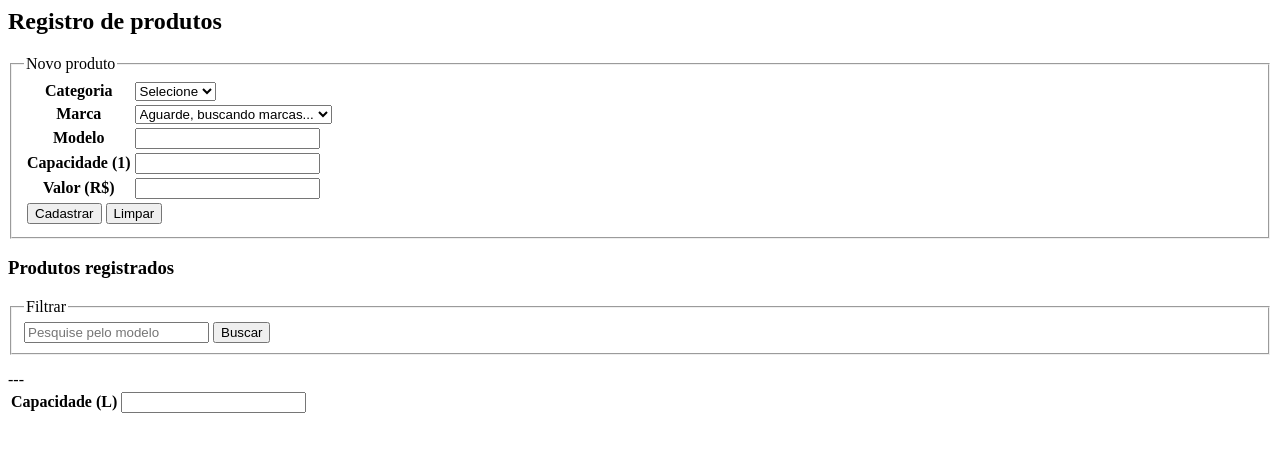
Repository: AndreiLGomes/faculdade
Page: ProjetoTrilhaWeb2/src/main/webapp/pages/admin/product/index.html
These files come from the project's save history. The page is drawn as it stood at one moment and after the next save; the edit follows.
The browser window is 1280 px wide. The pictures show the whole page.

Above is the page before, as saved 2024-11-13 23:18:58.
Console error: ReferenceError: COLDIGO is not defined

After the next save:
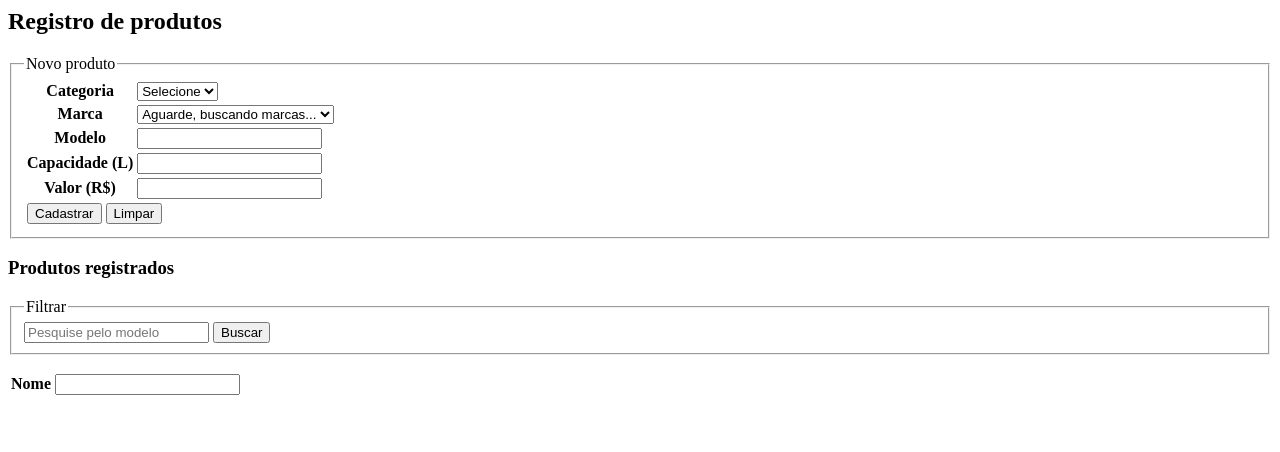
Saved 64 s later.
--- a/ProjetoTrilhaWeb2/src/main/webapp/pages/admin/product/index.html
+++ b/ProjetoTrilhaWeb2/src/main/webapp/pages/admin/product/index.html
@@ -1,79 +1,79 @@
+<script src="../../js/product.js"></script>
 
-<script src="../../js/product.js"></script>
 <h2>Registro de produtos</h2>
+
 <form name="frmAddProduto" id="addProduto" class="frmInserir">
-	<fieldset>
-		<legend>Novo produto</legend>
-		<table>
-			<tr>
-				<th>Categoria</th>
-				<td>
-					<select name="categoria">
-						<option value="">Selecione</option>
-						<option value="1">Geladeira</option>
-						<option value="2">Freezer</option>
-					</select>
-				</td>
-			</tr>
-			<tr>
-				<th>Marca</th>
-				<td>
-					<select name="marcaId" id="selMarca">
-						<option value="" class="buscando">Aguarde, buscando
-						marcas...</option>
-					</select>
-				</td>
-			</tr>
-
-			<tr>
-				<th>Modelo</th>
-				<td>
-					<input type="text" name="modelo">
-				</td>
-			</tr>
-			<tr>
-				<th>Capacidade (1)</th>
-				<td>
-					<input type="text" name="capacidade">
-				</td>
-			</tr>
-			<tr>
-				<th>Valor (R$)</th>
-				<td>
-					<input type="text" name="valor">
-				</td>
-			</tr>
-			<tr>
-				<td colspan="2">
-				<button type="button" onclick="COLDIGO.produto.cadastrar()">Cadastrar</button>
-				<button type="reset">Limpar</button>
-				</td>
-			</tr>
-		</table>
-	</fieldset>
+    <fieldset>
+        <legend>Novo produto</legend>
+        <table>
+            <tr>
+                <th>Categoria</th>
+                <td>
+                    <select name="categoria">
+                        <option value="">Selecione</option>
+                        <option value="1">Geladeira</option>
+                        <option value="2">Freezer</option>
+                    </select>
+                </td>
+            </tr>
+            <tr>
+                <th>Marca</th>
+                <td>
+                    <select name="marcaId" id="selMarca">
+                        <option value="" class="buscando">Aguarde, buscando marcas...</option>
+                    </select>
+                </td>
+            </tr>
+            <tr>
+                <th>Modelo</th>
+                <td>
+                    <input type="text" name="modelo">
+                </td>
+            </tr>
+            <tr>
+                <th>Capacidade (L)</th>
+                <td>
+                    <input type="text" name="capacidade">
+                </td>
+            </tr>
+            <tr>
+                <th>Valor (R$)</th>
+                <td>
+                    <input type="text" name="valor">
+                </td>
+            </tr>
+            <tr>
+                <td colspan="2">
+                    <button type="button" onclick="COLDIGO.produto.cadastrar()">Cadastrar</button>
+                    <button type="reset">Limpar</button>
+                </td>
+            </tr>
+        </table>
+    </fieldset>
 </form>
 
 <h3>Produtos registrados</h3>
+
 <form id="filtrarProduto" class="frmFiltrar">
-	<fieldset>
-		<legend>Filtrar</legend>
-		<input type="text" name="txtbusca" id="campoBuscaProduto" placeholder="Pesquise pelo modelo">
-		<button type="button" onclick="COLDIGO.produto.buscar()">Buscar</button>
-	</fieldset>
+    <fieldset>
+        <legend>Filtrar</legend>
+        <input type="text" name="txtbusca" id="campoBuscaProduto" placeholder="Pesquise pelo modelo">
+        <button type="button" onclick="COLDIGO.produto.buscar()">Buscar</button>
+    </fieldset>
 </form>
-<div id="listaProdutos" class="listaRegistros">
-</div>
----
+
+<div id="listaProdutos" class="listaRegistros"></div>
+
 <div id="modalEditaProduto" class="modalEditar">
     <form name="frmEditaProduto" id="editaProduto" class="frmEditar">
         <table>
-           <th>Capacidade (L)</th>
-    		<td>
-       			 <input type="text" name="capacidade">
-   			 </td>
             <tr>
-
-	</table>
-		<input type="hidden" name="idProduto">
-	</form>
+                <th>Nome</th>
+                <td>
+                    <input type="text" name="nome">
+                </td>
+            </tr>
+        </table>
+        <input type="hidden" name="idProduto">
+    </form>
 </div>
